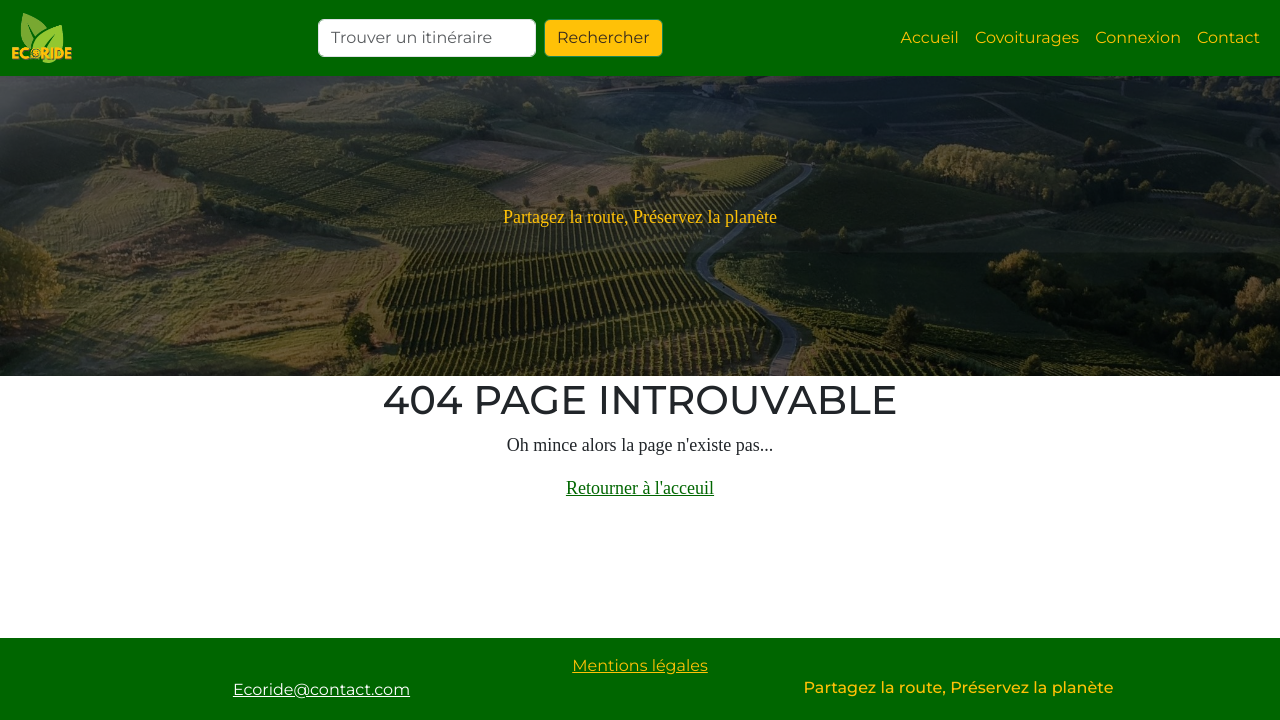
Repository: lemonhao9/ECF
Page: index.html
An editor plug-in stored every save of this project. The page is shown before and after the next save, followed by the edit.
The browser window is 1280 px wide. The pictures show the whole page.
The pointer rests on the first visible `.navbar a`.
Some web fonts or font styles are not loaded; a fallback is used. The style sheet was rebuilt from its Sass, Less or Tailwind sources for each picture, by a compiler version that may differ from the author's.

Above is the page before, as saved 2025-02-13 17:52:53.

### index.html
<!DOCTYPE html>
<html lang="fr">
<head>
    <meta charset="UTF-8">
    <meta name="viewport" content="width=device-width, initial-scale=1.0">
    <link rel="preconnect" href="https://fonts.googleapis.com">
    <link rel="preconnect" href="https://fonts.gstatic.com" crossorigin>
    <link href="https://fonts.googleapis.com/css2?family=Hind+Madurai:wght@300;400;500;600;700&family=Montserrat:ital,wght@0,100..900;1,100..900&display=swap" rel="stylesheet">
    <link rel="stylesheet" href="/scss/main.css"/>
    <title>EcoRide</title>
</head>
<body>

    <header>
<nav class="navbar navbar-expand-lg bg-primary" data-bs-theme="light">
  <div class="container-fluid">
        <a class="navbar-brand" href="/"><img src="/images/ECORIDElogov2-Photoroom.png" class="img-fluid" alt="logo EcoRide" width="60px"height="50px"></a>
        <button class="navbar-toggler" type="button" data-bs-toggle="collapse" data-bs-target="#navbarSupportedContent" aria-controls="navbarSupportedContent" aria-expanded="false" aria-label="Toggle navigation">
      <span class="navbar-toggler-icon"></span>
        </button>
     <div class="collapse navbar-collapse" id="navbarSupportedContent">
        <div class="d-flex justify-content-center w-100">
            <form class="d-flex" role="search">
              <input class="form-control me-2" type="search" placeholder="Trouver un itinéraire" aria-label="Search">
              <button class="btn btn-outline-success bg-secondary text-black" type="submit">Rechercher</button>
            </form>
          </div>
      <ul class="navbar-nav ms-auto mb-2 mb-lg-0">
        <li class="nav-item">
          <a class="nav-link text-secondary" href="/">Accueil</a>
        </li>
        <li class="nav-item">
          <a class="nav-link text-secondary" href="/formCovoit">Covoiturages</a>
        </li>
        <li class="nav-item">
          <a class="nav-link text-secondary text-nowrap" href="/profile" data-show="user">Mon profil</a>
        </li>
        <li class="nav-item" data-show="disconnected">
            <a class="nav-link text-secondary" href="/login">Connexion</a>
          </li>
          <li class="nav-item"data-show="connected">
            <button class="nav-link text-secondary rounded" id="signout-btn">Déconnexion</a>
          </li>
          <li class="nav-item">
            <a class="nav-link text-secondary" href="mailto:Ecoride@contact.com">Contact</a>
          </li>
      </ul>
    </div>
  </div>
</nav>
    </header>

    <main id="main-page">
        <!-- Injection du contenu des différentes pages-->
    </main>
    <footer class="bg-primary text-center footer pt-3">
        <div class="row">
            <div class="col-12">
                <a href="#" class="text-secondary">Mentions légales</a>
            </div>
            <div class="col-6">
                <a href="mailto:Ecoride@contact.com" class="text-white">Ecoride@contact.com</a>
            </div>
            <div class="col-6 text-secondary">
                <h3>Partagez la route, Préservez la planète</h3>
            </div>
        </div>
    </footer>

    <script src="./js/script.js"></script>
    <script type="module" src="./Router/router.js"></script>
    <script src="node_modules/bootstrap/dist/js/bootstrap.bundle.min.js"></script>

</body>
</html>

### js/script.js
const tokenCookieName = "accesstoken";
const RoleCookieName = "role";
const signoutBtn = document.getElementById("signout-btn")

signoutBtn.addEventListener("click", signout);

function getRole(){
    return getCookie(RoleCookieName)
}

function signout(){
    eraseCookie(tokenCookieName);
    eraseCookie(RoleCookieName)
    window.location.reload();
}


function setToken(token){
    setCookie(tokenCookieName, token, 7);
}

function getToken(){
    return getCookie(tokenCookieName);
}

function setCookie(name,value,days) {
    var expires = "";
    if (days) {
        var date = new Date();
        date.setTime(date.getTime() + (days*24*60*60*1000));
        expires = "; expires=" + date.toUTCString();
    }
    document.cookie = name + "=" + (value || "")  + expires + "; path=/";
}

function getCookie(name) {
    var nameEQ = name + "=";
    var ca = document.cookie.split(';');
    for(var i=0;i < ca.length;i++) {
        var c = ca[i];
        while (c.charAt(0)==' ') c = c.substring(1,c.length);
        if (c.indexOf(nameEQ) == 0) return c.substring(nameEQ.length,c.length);
    }
    return null;
}

function eraseCookie(name) {
    document.cookie = name +'=; Path=/; Expires=Thu, 01 Jan 1970 00:00:01 GMT;';
}

function isConnected(){
    if(getToken() == null || getToken == undefined){
        return false;
    }
    else{
        return true;
    }
}

/*
disconnected (visiteur)
connected (admin ou employé ou utilisateur)
            -admin
            -employee
            -conducteur
            -passager conducteur
            -passenger
            -user
*/

function showAndHideElementsForRoles(){
    const userConnected = isConnected();
    const role = getRole();

    let allElementsToEdit = document.querySelectorAll('[data-show]');

    allElementsToEdit.forEach(element =>{
        switch(element.dataset.show){
            case 'disconnected':
                if(userConnected){
                    element.classList.add("d-none")
                }
                break;
            case 'connected':
                if(!userConnected){
                    element.classList.add("d-none")
                }
                    break;
            case 'admin':
                if(!userConnected || role != "admin"){
                    element.classList.add("d-none")
                }
                break;
            case 'employee':
                if(!userConnected || role != "employee"){
                    element.classList.add("d-none")
                }
                break;
            case 'driver':
                if(!userConnected || role != "driver"){
                    element.classList.add("d-none")
                }
                    break;
            case 'passengerDriver':
                if(!userConnected  || role != "passengerDriver"){
                    element.classList.add("d-none")
                }
                        break;
            case 'passenger':
                if(!userConnected){
                    element.classList.add("d-none")
                }
                break;
                case 'user':
                    if(!userConnected || role == "admin" || role == "employee"){
                        element.classList.add("d-none")
                    }
                    break;
        }
    })
}

### Router/router.js
import Route from "./Route.js";
import { allRoutes, websiteName } from "./allRoutes.js";

// Création d'une route pour la page 404 (page introuvable)
const route404 = new Route("404", "Page introuvable", "/pages/404.html");

// Fonction pour récupérer la route correspondant à une URL donnée
const getRouteByUrl = (url) => {
  let currentRoute = null;
  // Parcours de toutes les routes pour trouver la correspondance
  allRoutes.forEach((element) => {
    if (element.url == url) {
      currentRoute = element;
    }
  });
  // Si aucune correspondance n'est trouvée, on retourne la route 404
  if (currentRoute != null) {
    return currentRoute;
  } else {
    return route404;
  }
};

// Fonction pour charger le contenu de la page
const LoadContentPage = async () => {
  const path = window.location.pathname;
  // Récupération de l'URL actuelle
  const actualRoute = getRouteByUrl(path);
  // Récupération du contenu HTML de la route
  const html = await fetch(actualRoute.pathHtml).then((data) => data.text());
  // Ajout du contenu HTML à l'élément avec l'ID "main-page"
  document.getElementById("main-page").innerHTML = html;

  // Ajout du contenu JavaScript
  if (actualRoute.pathJS != "") {
    // Création d'une balise script
    var scriptTag = document.createElement("script");
    scriptTag.setAttribute("type", "text/javascript");
    scriptTag.setAttribute("src", actualRoute.pathJS);

    // Ajout de la balise script au corps du document
    document.querySelector("body").appendChild(scriptTag);
  }

  // Changement du titre de la page
  document.title = actualRoute.title + " - " + websiteName;

  //Afficher et masquer éléments en fonction du rôle
  showAndHideElementsForRoles();
};

// Fonction pour gérer les événements de routage (clic sur les liens)
const routeEvent = (event) => {
  event = event || window.event;
  event.preventDefault();
  // Mise à jour de l'URL dans l'historique du navigateur
  window.history.pushState({}, "", event.target.href);
  // Chargement du contenu de la nouvelle page
  LoadContentPage();
};

// Gestion de l'événement de retour en arrière dans l'historique du navigateur
window.onpopstate = LoadContentPage;
// Assignation de la fonction routeEvent à la propriété route de la fenêtre
window.route = routeEvent;
// Chargement du contenu de la page au chargement initial
LoadContentPage();

### Router/allRoutes.js
import Route from "./Route.js";

//Définir ici vos routes
export const allRoutes = [
    new Route("/", "Accueil", "./pages/home.html"),
    new Route("/profile", "Profil", "./pages/auth/profile.html"),
    new Route("/login", "Connexion", "./pages/auth/login.html", "./js/auth/login.js"),
    new Route("/signup", "Inscription", "./pages/auth/signup.html", "./js/auth/signup.js"),
    new Route("/formCovoit", "Covoiturages", "./pages/covoiturages/formCovoit.html"),
    new Route("/vueCovoit", "Se déplacer", "./pages/covoiturages/vueCovoit.html")
];

//Le titre s'affiche comme ceci : Route.titre - websitename
export const websiteName = "EcoRide";

### pages/404.html
<div class="hero-scene text-center text-secondary">
    <div class="hero-scene-content">
        <p>Partagez la route, Préservez la planète</p>
    </div>
</div>

<div class="text-center justify-content--center">
    <h1>404 PAGE INTROUVABLE</h1>
    <p>Oh mince alors la page n'existe pas...</p>
    <p><a href="/">Retourner à l'acceuil</a></p>
</div>

### scss/main.scss
@import 'custom';

html {
    position: relative;
    min-height: 100%;
}

main{
    margin-bottom: 82px;
}

.text-justify{
    text-align: justify;
}

// ...Style du Footer...

footer.footer {
    padding: 15px;
    position:absolute;
    bottom:0;
    width: 100%;
}

footer h3{
    font-size: 16px;
}

footer a:hover{
        color:#584832 !important;
}

p{
    font-family: $font-family-serif;
    font-size: 18px;
}
// ...Style du burger...
.navbar-toggler-icon {
    background-image: url("data:[embedded picture, 225 characters]");
  }
.navbar-toggler{
  border:none;
}
.navbar-toggler:focus{
  box-shadow: none;
}

.navbar button:hover{
    background-color: $dark !important;
    color: white !important;
}



// ...Style du Heroscene...

.hero-scene{
    position: relative;
    &::before{
        content: "";
        position: absolute;
        top: 0;
        left: 0;
        width: 100%;
        height: 100%;
        background-image: url(../images/HerosceneGDsize.jpg);
        background-size: cover;
        filter: brightness(0.4);
    }

    *{
        position: relative;
    }

    .hero-scene-content{
        height: 300px;
        display: flex;
        flex-direction: column;
        align-items: center;
        justify-content: center;
    }
}

.formulaire{
    background-color: #584832;
}

.form-label{
    color: $primary;
}

.lescovoiturages{
    a{
        display: block;
        color: white;
        text-decoration: none;
        padding: 10px;
        background-color: $dark;
    }
}

### scss/_custom.scss
// On défini notre charte graphique ainsi que les différentes polices d'écriture.

$primary: #006600;
$secondary: #FFC107;
$dark:#584832;
$black:  #392C1E;
$font-family-sans-serif: "Montserrat", sans-serif !default;
$font-family-serif: "Hind Madurai", serif !default;

@import "../node_modules/bootstrap/scss/bootstrap";

Loaded but not shown: node_modules/bootstrap/dist/js/bootstrap.bundle.min.js (library); Router/Route.js (common file)

After the next save:
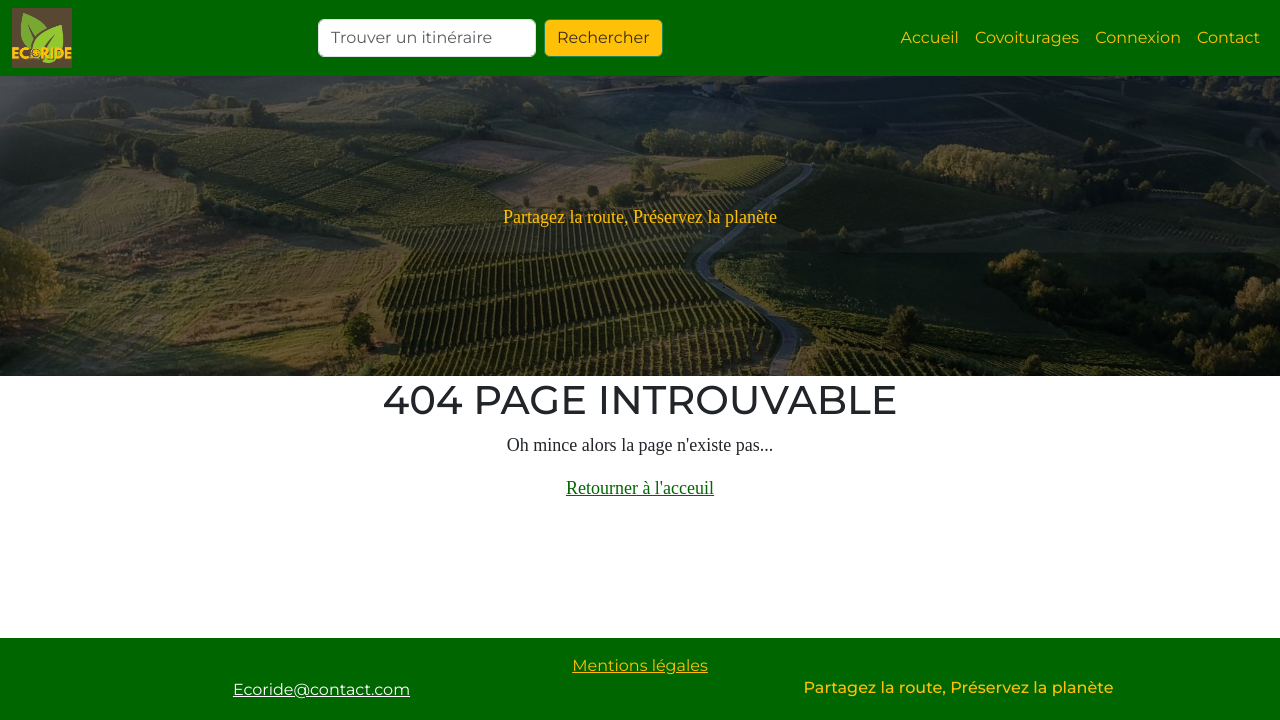
Saved 61 s later.
--- a/scss/main.scss
+++ b/scss/main.scss
@@ -50,7 +50,9 @@
     color: white !important;
 }
 
-
+.navbar a:hover{
+    background-color: $dark;
+}
 
 // ...Style du Heroscene...
 

After the save that followed:
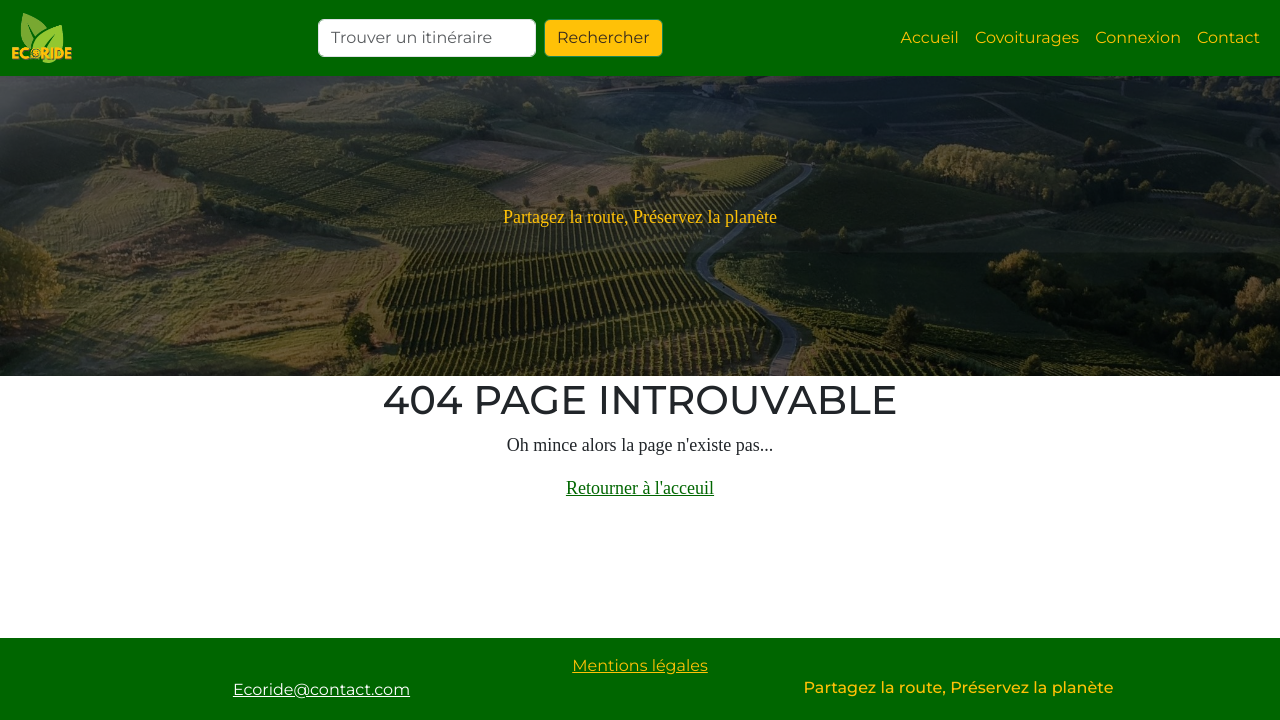
Saved 46 s later.
--- a/scss/main.scss
+++ b/scss/main.scss
@@ -51,7 +51,8 @@
 }
 
 .navbar a:hover{
-    background-color: $dark;
+    background-color: $dark round;
+    color: white;
 }
 
 // ...Style du Heroscene...
